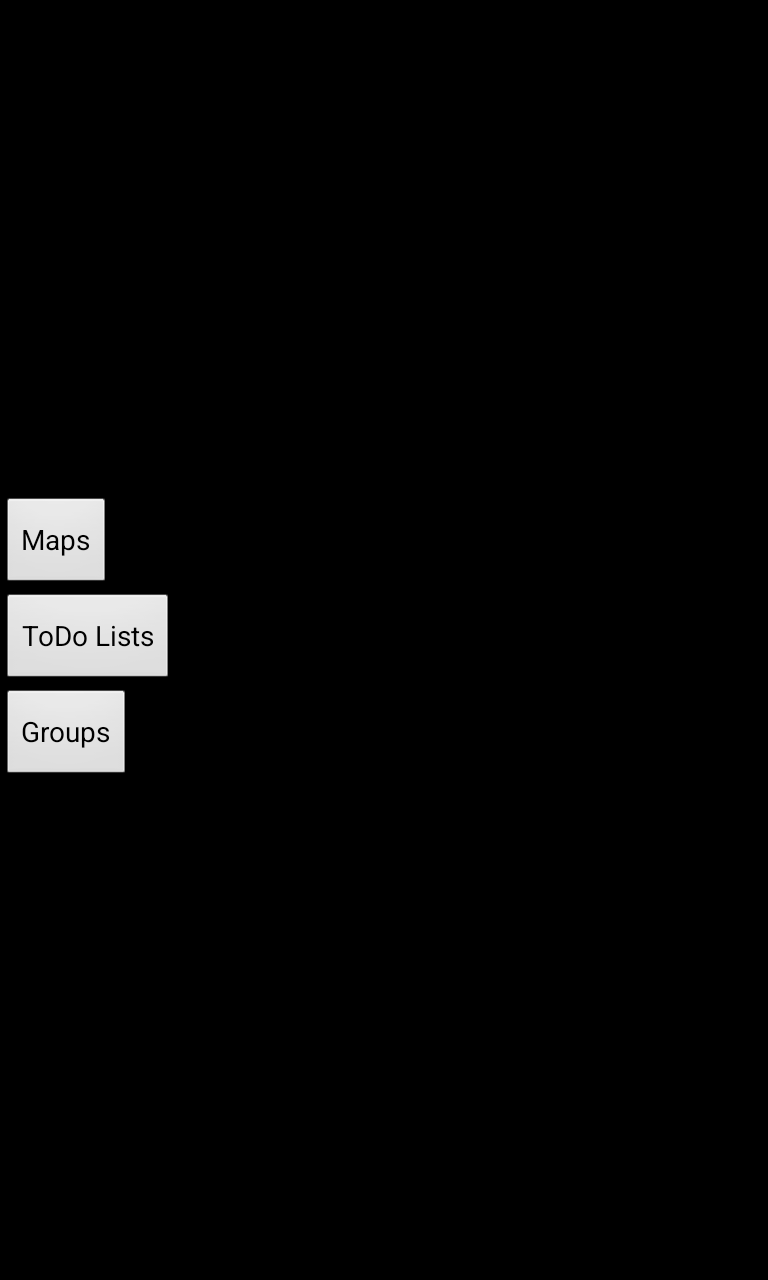
Repository: hilfialkaff/todo
Layout: ToDo_Replica/res/layout/main.xml
The author's editor kept a copy of each file at every save. The layout is drawn from the files as they stood at one save, then again after the next save.
It is drawn on a 768 x 1280 px phone screen (xhdpi) without system bars, with theme CustomTheme; the app's code is not run.

Above is the layout before, as saved 2011-03-17 23:23:49.

### ToDo_Replica/res/layout/main.xml
<?xml version="1.0" encoding="utf-8"?>
<RelativeLayout
	xmlns:android="http://schemas.android.com/apk/res/android"
    android:layout_width="fill_parent"
    android:layout_height="fill_parent"
    android:gravity="center_vertical">
    <ImageView
		android:id="@+id/iv_background"
		android:layout_width="wrap_content"
		android:layout_height="wrap_content">
	</ImageView>
	<Button
		android:id="@+id/b_maps"
		android:layout_width="wrap_content"
		android:layout_height="wrap_content"
		android:text="Maps">
	</Button>
	<Button
		android:id="@+id/b_todo_lists"
		android:layout_width="wrap_content"
		android:layout_height="wrap_content"
		android:text="ToDo Lists"
		android:layout_below="@+id/b_maps">
	</Button>
	<Button
		android:id="@+id/b_groups"
		android:layout_width="wrap_content"
		android:layout_height="wrap_content"
		android:text="Groups"
		android:layout_below="@+id/b_todo_lists">
	</Button>
</RelativeLayout>

### ToDo_Replica/res/values/custom_style.xml
<?xml version="1.0" encoding="UTF-8"?>
<resources>
    <style name="CustomWindowTitleBackground" parent="android:WindowTitleBackground">
        <item name="android:background">@android:color/transparent</item>
    </style>
    <style name="CustomTheme" parent="android:Theme">
        <item name="android:windowTitleSize">50px</item>
        <item name="android:windowTitleBackgroundStyle">@style/CustomWindowTitleBackground</item>
    </style>
</resources>

After the next save:
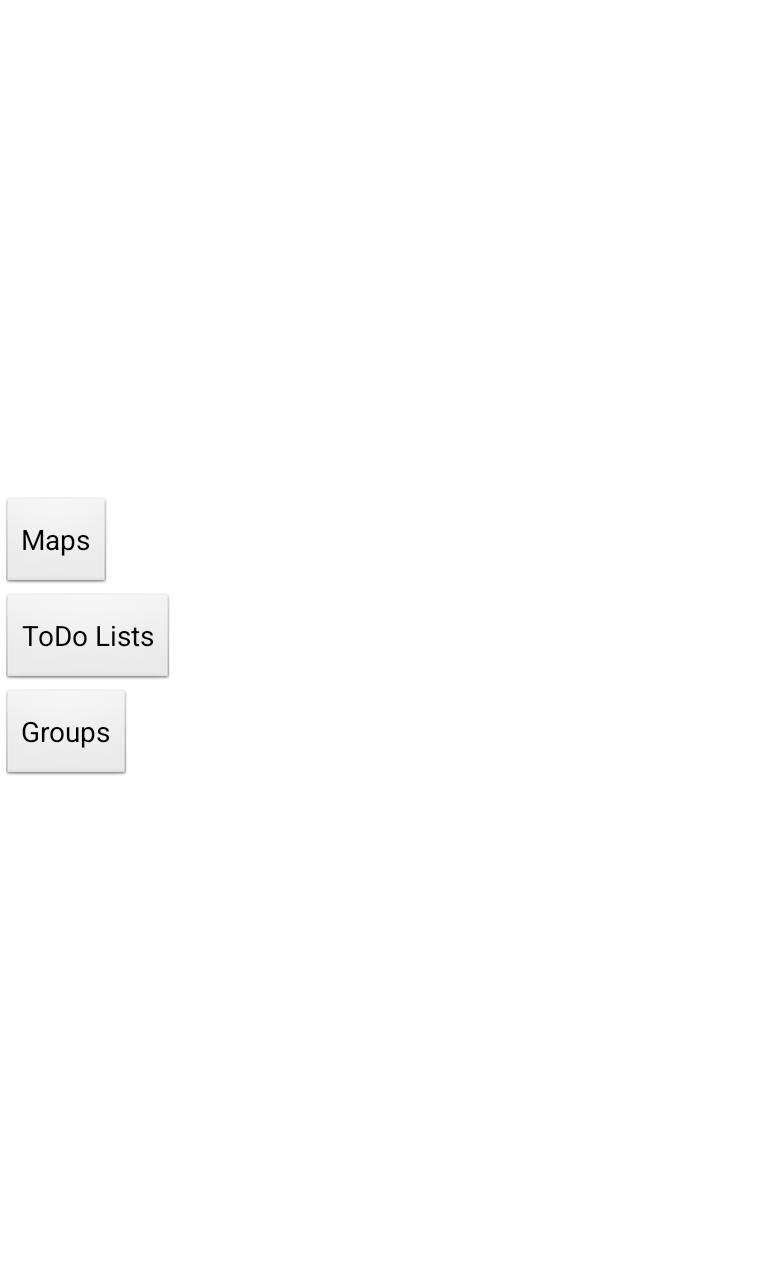
Saved 5 min 0 s later.
--- a/ToDo_Replica/res/layout/main.xml
+++ b/ToDo_Replica/res/layout/main.xml
@@ -3,7 +3,8 @@
 	xmlns:android="http://schemas.android.com/apk/res/android"
     android:layout_width="fill_parent"
     android:layout_height="fill_parent"
-    android:gravity="center_vertical">
+    android:gravity="center_vertical"
+    android:background="#ffffffff">
     <ImageView
 		android:id="@+id/iv_background"
 		android:layout_width="wrap_content"
